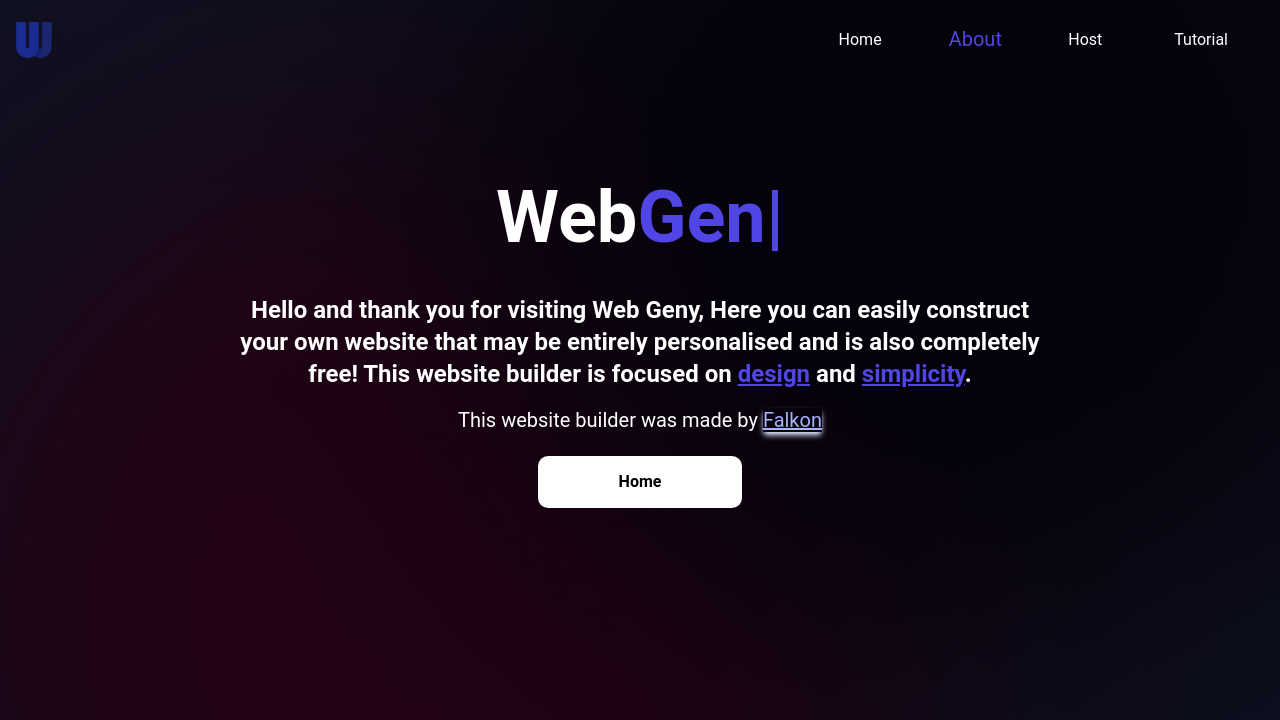
Repository: falkon2/WebGeny
Page: /about
The author's editor kept a copy of each file at every save. The page is drawn from the files as they stood at one save, then again after the next save.
The browser window is 1280 px wide. The pictures show the whole page.
The project was rebuilt for these pictures with package versions that can differ from the ones it lists, and the page was loaded fresh each time. Also part of the build but not shown: src/pages/Home.jsx, src/pages/Downloads.jsx.

Above is the page before, as saved 2023-02-27 15:17:40.

After the next save:
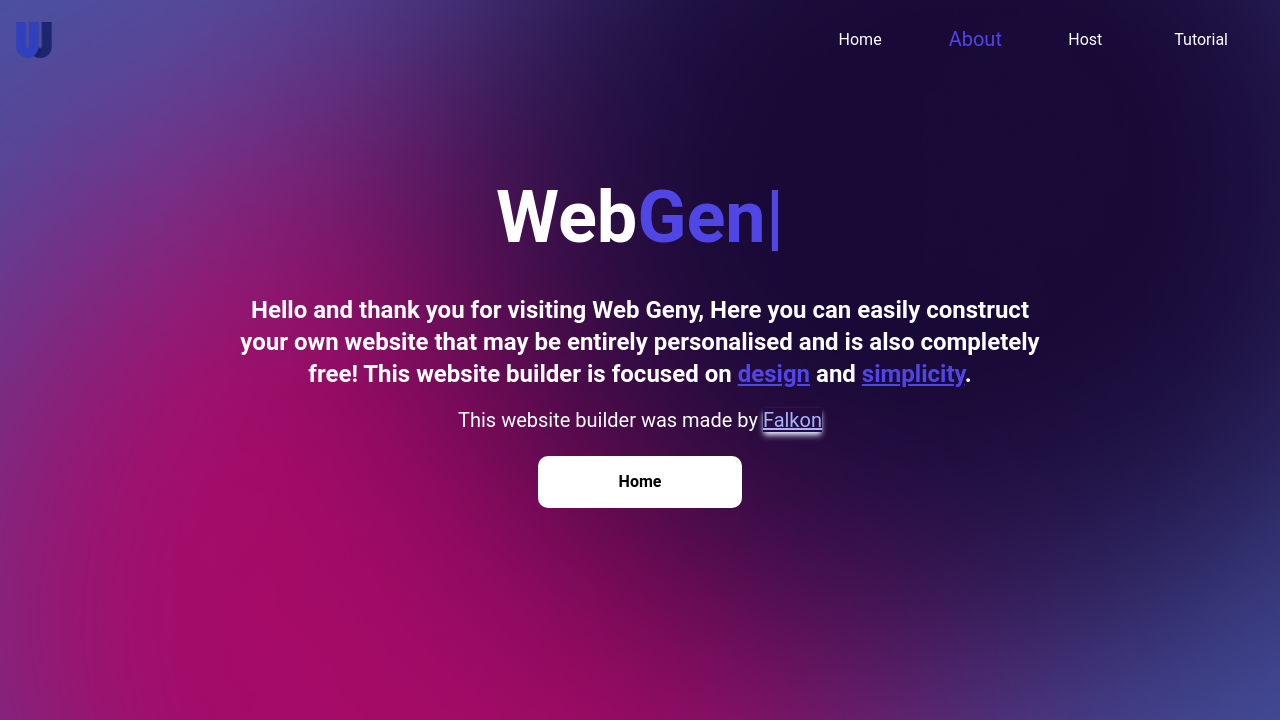
Saved 114 s later.
--- a/src/index.css
+++ b/src/index.css
@@ -5,7 +5,7 @@
 @import url('https://fonts.googleapis.com/css2?family=Poppins:wght@400;500&display=swap');
 
 body{
-  background-image: linear-gradient(rgba(0,0,0,0.8),rgba(0,0,0,0.8)),url("embed.png");
+  background-image: url("embed.png");
   background-size: cover;
   background-repeat: no-repeat;
   background-position: center;
